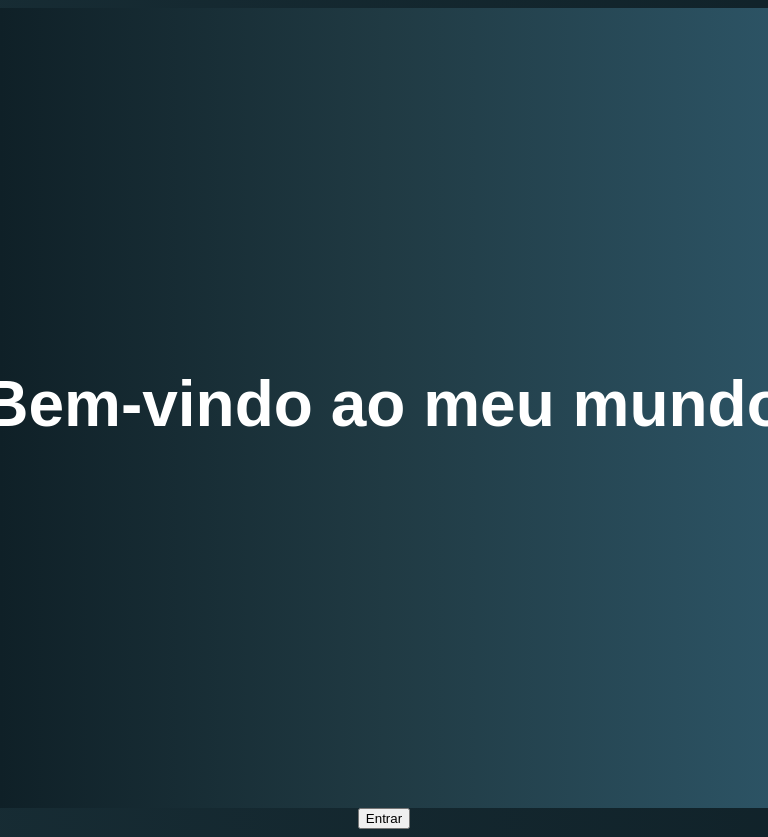
Repository: nardogod/portfolio-mila-machado
Page: /
The author's editor kept a copy of each file at every save. The page is drawn from the files as they stood at one save, then again after the next save.
The browser window is 768 px wide. The pictures show the whole page.
The project was rebuilt for these pictures with package versions that can differ from the ones it lists, and the page was loaded fresh each time. The framework's server and built-in components were replaced by stand-ins that run in the browser.

Above is the page before, as saved 2025-08-19 01:16:22.

### pages/index.tsx
import type { NextPage } from "next";
import Head from "next/head";
import styles from "../styles/Welcome.module.css";
import { useEffect, useRef } from "react";

const HomePage: NextPage = () => {
  const canvasRef = useRef<HTMLCanvasElement>(null);

  useEffect(() => {
    const canvas = canvasRef.current;
    if (!canvas) return;

    const ctx = canvas.getContext("2d");
    if (!ctx) return;

    // Define o tamanho do canvas para preencher a tela
    canvas.width = window.innerWidth;
    canvas.height = window.innerHeight;

    // 1. Desenha o fundo gradiente no canvas (a camada de cima da raspadinha)
    const gradient = ctx.createLinearGradient(0, 0, canvas.width, 0);
    gradient.addColorStop(0, "#0f2027");
    gradient.addColorStop(0.5, "#203a43");
    gradient.addColorStop(1, "#2c5364");
    ctx.fillStyle = gradient;
    ctx.fillRect(0, 0, canvas.width, canvas.height);

    // 2. Desenha o texto de boas-vindas
    const titleText = "Bem-vindo ao meu mundo";
    const fontSize = Math.min(canvas.width / 12, 70); // Tamanho da fonte responsivo
    ctx.font = `bold ${fontSize}px 'Orbitron', sans-serif`;
    ctx.textAlign = "center";
    ctx.textBaseline = "middle";
    ctx.fillStyle = "#FFF"; // Cor branca para o texto
    ctx.fillText(titleText, canvas.width / 2, canvas.height / 2);

    // 3. Prepara o efeito de "apagar"
    ctx.globalCompositeOperation = "destination-out";

    const scratch = (x: number, y: number) => {
      ctx.beginPath();
      // Desenha um círculo para "raspar" a área
      ctx.arc(x, y, 50, 0, Math.PI * 2, true);
      ctx.fill();
    };

    const handleMouseMove = (e: MouseEvent) => {
      const rect = canvas.getBoundingClientRect();
      scratch(e.clientX - rect.left, e.clientY - rect.top);
    };

    const handleTouchMove = (e: TouchEvent) => {
      e.preventDefault();
      const rect = canvas.getBoundingClientRect();
      for (let i = 0; i < e.changedTouches.length; i++) {
        const touch = e.changedTouches[i];
        scratch(touch.clientX - rect.left, touch.clientY - rect.top);
      }
    };

    // Adiciona os ouvintes de evento
    canvas.addEventListener("mousemove", handleMouseMove);
    canvas.addEventListener("touchmove", handleTouchMove);

    // Função de limpeza para remover os ouvintes quando o componente desmontar
    return () => {
      canvas.removeEventListener("mousemove", handleMouseMove);
      canvas.removeEventListener("touchmove", handleTouchMove);
    };
  }, []); // O array vazio garante que este efeito rode apenas uma vez

  return (
    <div className={styles.container}>
      <Head>
        <title>Bem-vindo!</title>
        <meta name="description" content="Bem-vindo ao meu mundo com Next.js" />
        <link rel="icon" href="/favicon.ico" />
        <link rel="preconnect" href="https://fonts.googleapis.com" />
        <link
          rel="preconnect"
          href="https://fonts.gstatic.com"
          crossOrigin="anonymous"
        />
        <link
          href="https://fonts.googleapis.com/css2?family=Orbitron:wght@700&display=swap"
          rel="stylesheet"
        />
      </Head>

      <canvas ref={canvasRef} className={styles.scratchCanvas} />

      <main className={styles.main}>
        <button className={styles.enterButton}>Entrar</button>
      </main>
    </div>
  );
};

export default HomePage;

### styles/globals.css
body {
  /* Este gradiente escuro e sofisticado será a base */
  background: linear-gradient(270deg, #0f2027, #203a43, #2c5364);

  /* A animação fará o gradiente se mover suavemente */
  background-size: 600% 600%;
  animation: gradientAnimation 16s ease infinite;

  color: white; /* Define a cor do texto padrão como branco */
}

@keyframes gradientAnimation {
  0% {
    background-position: 0% 50%;
  }
  50% {
    background-position: 100% 50%;
  }
  100% {
    background-position: 0% 50%;
  }
}

### styles/Welcome.module.css
.container {
  min-height: 100vh;
  display: flex;
  flex-direction: column;
  justify-content: center;
  align-items: center;
  padding: 0 2rem;
}

.main {
  display: flex;
  justify-content: center;
  align-items: center;
  flex: 1;
}

.title {
  font-family: "Orbitron", sans-serif;
  font-size: 5rem;
  font-weight: 700;
  text-align: center;
  /* O texto terá um fundo de gradiente */
  background: linear-gradient(90deg, #ff8a00, #e52e71, #9c27b0, #2196f3);
  -webkit-background-clip: text;
  background-clip: text;
  /* A cor do texto fica transparente para revelar o gradiente */
  -webkit-text-fill-color: transparent;
  animation: glow 2s ease-in-out infinite alternate;
}

/* Animação de brilho para o texto */
@keyframes glow {
  from {
    text-shadow: 0 0 10px #fff, 0 0 20px #ff8a00, 0 0 30px #e52e71,
      0 0 40px #9c27b0;
  }
  to {
    text-shadow: 0 0 20px #fff, 0 0 30px #2196f3, 0 0 40px #9c27b0,
      0 0 50px #e52e71;
  }
}

/* Design responsivo para telas menores */
@media (max-width: 768px) {
  .title {
    font-size: 3rem;
  }
}

/* Design responsivo para telas maiores */

Loaded but not shown: pages/_app.tsx (common file)

After the next save:
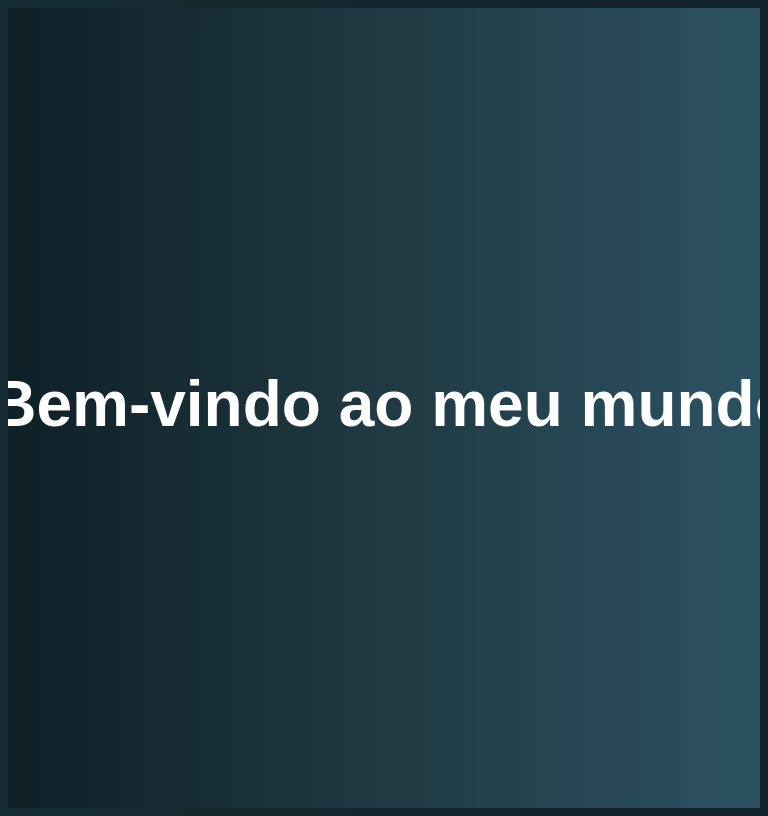
Saved 1 s later.
--- a/styles/Welcome.module.css
+++ b/styles/Welcome.module.css
@@ -5,46 +5,49 @@
   justify-content: center;
   align-items: center;
   padding: 0 2rem;
+  /* Adiciona um contexto de posicionamento para os elementos filhos */
+  position: relative;
+  overflow: hidden; /* Esconde qualquer conteúdo que transborde */
 }
 
 .main {
   display: flex;
   justify-content: center;
   align-items: center;
-  flex: 1;
+  flex: 1 1;
+  /* Garante que o conteúdo principal fique atrás do canvas */
+  z-index: 1;
+  width: 100%;
+  height: 100%;
+  position: absolute;
 }
 
-.title {
-  font-family: "Orbitron", sans-serif;
-  font-size: 5rem;
-  font-weight: 700;
-  text-align: center;
-  /* O texto terá um fundo de gradiente */
-  background: linear-gradient(90deg, #ff8a00, #e52e71, #9c27b0, #2196f3);
-  -webkit-background-clip: text;
-  background-clip: text;
-  /* A cor do texto fica transparente para revelar o gradiente */
-  -webkit-text-fill-color: transparent;
-  animation: glow 2s ease-in-out infinite alternate;
+/* O canvas que cobre a tela */
+.scratchCanvas {
+  position: absolute;
+  top: 0;
+  left: 0;
+  z-index: 2;
+  cursor: cell; /* Muda o cursor para indicar interatividade */
 }
 
-/* Animação de brilho para o texto */
-@keyframes glow {
-  from {
-    text-shadow: 0 0 10px #fff, 0 0 20px #ff8a00, 0 0 30px #e52e71,
-      0 0 40px #9c27b0;
-  }
-  to {
-    text-shadow: 0 0 20px #fff, 0 0 30px #2196f3, 0 0 40px #9c27b0,
-      0 0 50px #e52e71;
-  }
+/* Estilo para o novo botão */
+.enterButton {
+  padding: 15px 40px;
+  font-size: 1.5rem;
+  font-family: "Orbitron", sans-serif;
+  color: white;
+  background: linear-gradient(90deg, #e52e71, #9c27b0);
+  border: none;
+  border-radius: 50px;
+  cursor: pointer;
+  transition: transform 0.3s ease, box-shadow 0.3s ease;
+  box-shadow: 0 0 15px #e52e71, 0 0 30px #9c27b0;
+  text-transform: uppercase;
+  letter-spacing: 2px;
 }
 
-/* Design responsivo para telas menores */
-@media (max-width: 768px) {
-  .title {
-    font-size: 3rem;
-  }
+.enterButton:hover {
+  transform: scale(1.05);
+  box-shadow: 0 0 25px #e52e71, 0 0 50px #9c27b0;
 }
-
-/* Design responsivo para telas maiores */
